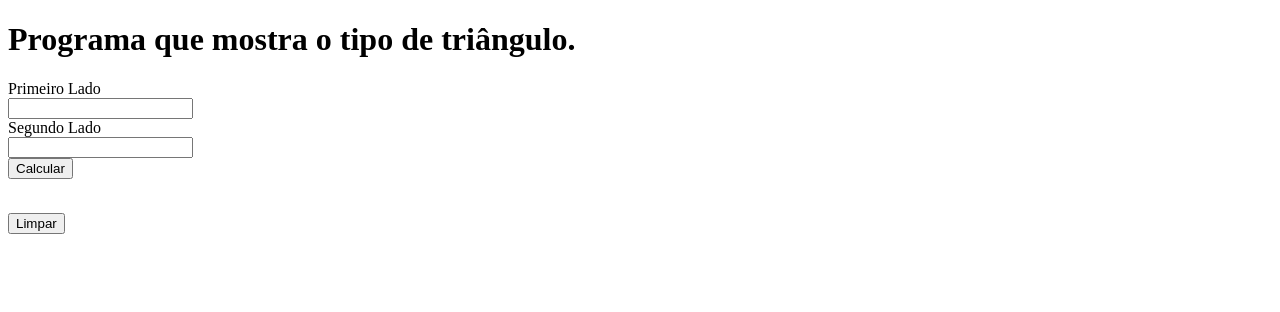
Repository: mumuryllo/MSES_Exercicio_Triangulo
Page: http://localhost/MSESExercicioTriangulo/
These files come from the project's save history. The page is drawn as it stood at one moment and after the next save; the edit follows.
The browser window is 1280 px wide. The pictures show the whole page.
The page is served by Tomcat 9.

Above is the page before, as saved 2022-01-26 23:52:48.

After the next save:
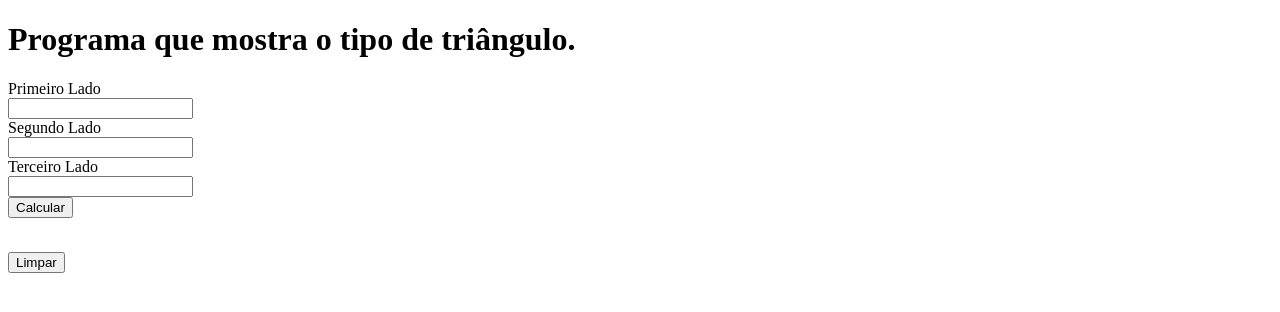
Saved 99 s later.
--- a/MSESExercicioTriangulo/src/main/webapp/index.jsp
+++ b/MSESExercicioTriangulo/src/main/webapp/index.jsp
@@ -12,11 +12,15 @@
 <h1> Programa que mostra o tipo de triângulo.</h1>
 
 <form method="post" action="CalcTriangulo">
+
 Primeiro Lado <br>
+<input  type="number" name="n"> <br>
 
-<input  type="number" name="n"> <br>
 Segundo Lado <br>
 <input  type="number" name="n2"> <br>
+
+Terceiro Lado <br>
+<input  type="number" name="n3"> <br>
 
 <button type="submit" ">Calcular</button>
 <br> <br>
